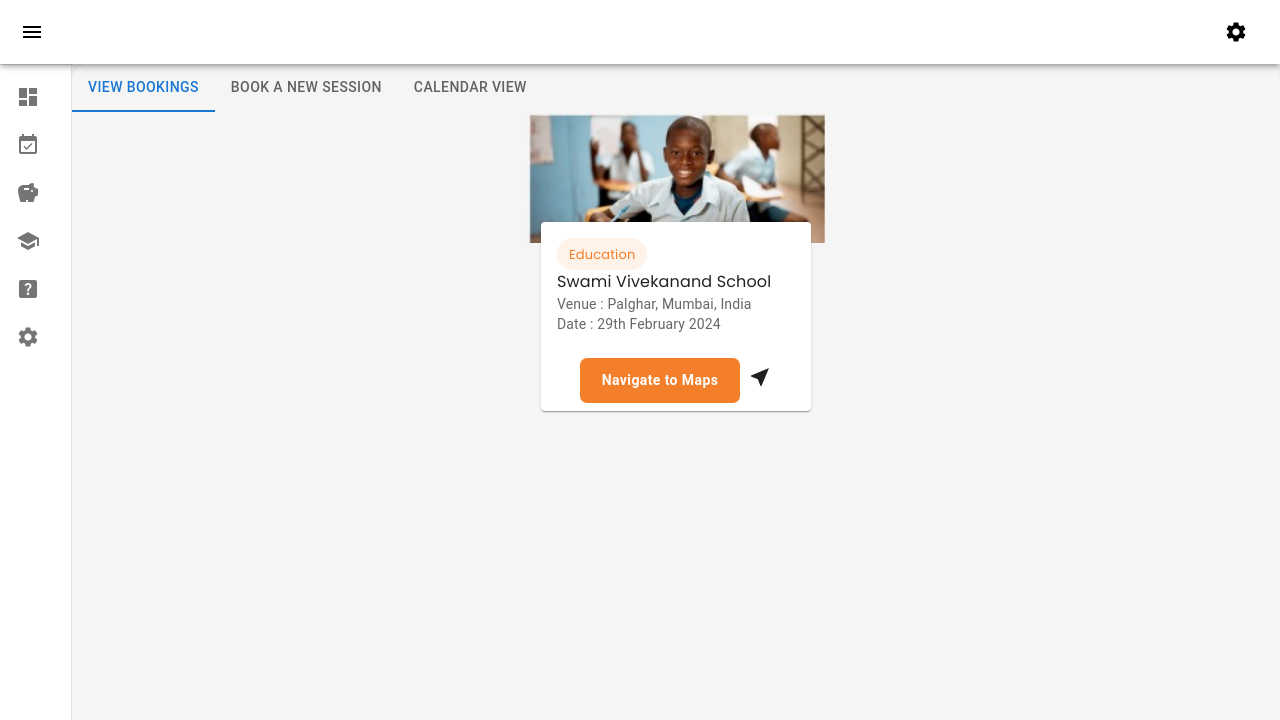
Repository: shubhampirate/Google_Solutions_Edural
Page: /bookings
The author's editor kept a copy of each file at every save. The page is drawn from the files as they stood at one save, then again after the next save.
The browser window is 1280 px wide. The pictures show the whole page.
An inner scrolling area shows only its first screen. The project was rebuilt for these pictures with package versions that can differ from the ones it lists, and the page was loaded fresh each time. Some packages were replaced by stand-ins written for this rebuild. Also part of the build but not shown: src/Components/Navbar.jsx, src/Components/Footer.jsx, src/Components/CongratsCard.jsx, src/pages/Hero/Hero.jsx, src/pages/Dashboard/Dashboard.jsx, src/pages/Sign_in.jsx, src/pages/Bookings/LicenseCard.jsx.

Above is the page before, as saved 2024-02-04 18:26:27.

### src/index.js
import React from "react";
import ReactDOM from "react-dom/client";
import "./index.css";
import { GoogleOAuthProvider } from '@react-oauth/google';
import App from "./App";
import { BrowserRouter } from "react-router-dom";
const root = ReactDOM.createRoot(
    document.getElementById("root"));
root.render(
    <BrowserRouter>
<GoogleOAuthProvider clientId="730379698185-cv7a59sok9sod43v04ee6g6pt4gtaea2.apps.googleusercontent.com">
        {/* <React.StrictMode> */}
            <App />
        {/* </React.StrictMode> */}
    </GoogleOAuthProvider>
    </BrowserRouter>

);

### src/App.jsx
import Hero from "./pages/Hero/Hero";
import Dashboard from "./pages/Dashboard/Dashboard";
import Layout from "./Components/layout";
import SignIn from "./pages/Sign_in";
import Booking from "./pages/Bookings/bookings"
import {useState} from "react";
import { Route, Routes } from "react-router-dom";
function App() {
  return (
    <>
      {/* <Hero />   */}
      {/* <SignIn /> */}
      <Routes>
        <Route path="/signin" element={<><SignIn /></>} />
        <Route path="/dashboard" element={<Layout><Dashboard /></Layout>} />
        {/* <Route path="/education" element={<><Education /></>} /> */}
        <Route path="/bookings" element={<Layout><Booking /></Layout>} />
        {/* <Route path="/profile" element={<><Profile /></>} /> */}
        {/* <Route path="/finance" element={<><Finance /></>} /> */}
        {/* <Route path="/questions" element={<><Questions /></>} /> */}
        {/* <Route path="/retireaibot" element={<><Bot /></>} /> */}
        <Route path="/" element={<><Hero /></>} />
      </Routes>
         </>
  );
}

export default App;

### src/Components/layout.jsx
import React from 'react';
import { styled, createTheme, ThemeProvider } from '@mui/material/styles';
import CssBaseline from '@mui/material/CssBaseline';
import MuiDrawer from '@mui/material/Drawer';
import Box from '@mui/material/Box';
import MuiAppBar from '@mui/material/AppBar';
import Toolbar from '@mui/material/Toolbar';
import IconButton from '@mui/material/IconButton';
import MenuIcon from '@mui/icons-material/Menu';
import ChevronLeftIcon from '@mui/icons-material/ChevronLeft';
import { mainListItems } from './listItems';
import { List } from '@mui/material';
import Divider from '@mui/material/Divider';
import Badge from '@mui/material/Badge';
// import NotificationsIcon from '@mui/icons-material/Notifications';
import Typography from '@mui/material/Typography';
import SettingsIcon from '@mui/icons-material/Settings';
const drawerWidth = 240;

const AppBar = styled(MuiAppBar, {
  shouldForwardProp: (prop) => prop !== 'open',
})(({ theme, open }) => ({
  zIndex: theme.zIndex.drawer + 1,
  transition: theme.transitions.create(['width', 'margin'], {
    easing: theme.transitions.easing.sharp,
    duration: theme.transitions.duration.leavingScreen,
  }),
  ...(open && {
    marginLeft: drawerWidth,
    width: `calc(100% - ${drawerWidth}px)`,
    transition: theme.transitions.create(['width', 'margin'], {
      easing: theme.transitions.easing.sharp,
      duration: theme.transitions.duration.enteringScreen,
    }),
  }),
  backgroundColor: 'white', // Set background color to white
  color: 'black',
}));

const Drawer = styled(MuiDrawer, { shouldForwardProp: (prop) => prop !== 'open' })(
  ({ theme, open }) => ({
    '& .MuiDrawer-paper': {
      position: 'relative',
      whiteSpace: 'nowrap',
      width: drawerWidth,
      transition: theme.transitions.create('width', {
        easing: theme.transitions.easing.sharp,
        duration: theme.transitions.duration.enteringScreen,
      }),
      boxSizing: 'border-box',
      ...(!open && {
        overflowX: 'hidden',
        transition: theme.transitions.create('width', {
          easing: theme.transitions.easing.sharp,
          duration: theme.transitions.duration.leavingScreen,
        }),
        width: theme.spacing(7),
        [theme.breakpoints.up('sm')]: {
          width: theme.spacing(9),
        },
      }),
    },
  }),
);

const defaultTheme = createTheme();

const Layout = ({ children }) => {
  const [open, setOpen] = React.useState(false);

  const toggleDrawer = () => {
    setOpen(!open);
  };

  return (
    <ThemeProvider theme={defaultTheme}>
      <Box sx={{ display: 'flex' }}>
        <CssBaseline />
        <AppBar position="absolute" open={open}
        //  sx={{
        //         backgroundColor:
        //         // "rgba(244, 127, 42, 0.04)",
        //         (theme) =>
        //         theme.palette.mode === 'light'
        //             ? theme.palette.grey[100]
        //             : theme.palette.grey[900]}}
                    >
          <Toolbar
            sx={{
              pr: '24px', // keep right padding when drawer closed
            }}
          >
            <IconButton
              edge="start"
              color="inherit"
              aria-label="open drawer"
              onClick={toggleDrawer}
              sx={{
                marginRight: '36px',
                ...(open && { display: 'none' }),
              }}
            >
              <MenuIcon />
            </IconButton>
            <Typography
              component="h1"
              variant="h6"
              color="inherit"
              noWrap
              sx={{ flexGrow: 1 }}
            >
              {/* Dashboard */}
            </Typography>
            <IconButton color="inherit">
              {/* <Badge badgeContent={4} color="secondary"> */}
                <SettingsIcon />
              {/* </Badge> */}
            </IconButton>

          </Toolbar>
        </AppBar>
        <Drawer variant="permanent" open={open}>
          <Toolbar
            sx={{
              display: 'flex',
              alignItems: 'center',
              justifyContent: 'flex-end',
              px: [1],
            }}
          >
            <IconButton onClick={toggleDrawer}>
              <ChevronLeftIcon />
            </IconButton>
          </Toolbar>
          <Divider />
            <List component="nav">
                {mainListItems}
            </List>
        </Drawer>
        <Box
          component="main"
          sx={{
            backgroundColor: (theme) =>
              theme.palette.mode === 'light'
                ? theme.palette.grey[100]
                : theme.palette.grey[900],
            flexGrow: 1,
            height: '100vh',
            overflow: 'auto',
          }}
        >
          <Toolbar />
          {/* Content of individual pages */}
          {children}
        </Box>
      </Box>
    </ThemeProvider>
  );
};

export default Layout;

### src/pages/Bookings/bookings.jsx
import React, { useState, useEffect } from 'react';
import { styled, createTheme, ThemeProvider } from '@mui/material/styles';
import CssBaseline from '@mui/material/CssBaseline';
import Box from '@mui/material/Box';
import Tabs from '@mui/material/Tabs';
import Tab from '@mui/material/Tab';
import Card from '@mui/material/Card';
import CardContent from '@mui/material/CardContent';
import Typography from '@mui/material/Typography';
import GoogleMapReact from 'google-map-react'; // Install with npm/yarn
import FullCalendar from '@fullcalendar/react'; // Install with npm/yarn
import dayGridPlugin from '@fullcalendar/daygrid'; // Install with npm/yarn
import LicenseCard from './LicenseCard';
import { CardActions, Button } from '@mui/material';
import Chip from '@mui/material/Chip';
import CustomButton from '../../Components/CustomButton';
import heroImg from "../../media/img_1.jpeg";
import NorthEastIcon from '@mui/icons-material/NorthEast';
import NearMeIcon from '@mui/icons-material/NearMe';
const defaultTheme = createTheme();



const calendarEvents = [
  { id: 1, title: 'Event 1', start: '2024-02-10', end: '2024-02-12' },
  { id: 2, title: 'Event 2', start: '2024-02-15', end: '2024-02-18' },
  // Add more calendar event data as needed
];

const AnyReactComponent = ({ text }) => <div>{text}</div>;

export default function Booking() {
  const [tabValue, setTabValue] = useState(0);

  const handleChangeTab = (event, newValue) => {
    setTabValue(newValue);
  };

  return (
    <ThemeProvider theme={defaultTheme}>
      <Box sx={{ display: 'flex', borderRadius: '16px', overflow: 'hidden', boxShadow: '0px 0px 10px rgba(0, 0, 0, 0.1)' }}>
        <CssBaseline />
        <Box
          component="main"
          sx={{
            backgroundColor: (theme) =>
              theme.palette.mode === 'light'
                ? theme.palette.grey[100]
                : theme.palette.grey[900],
            flexGrow: 1,
            height: '100vh',
            overflow: 'hidden',
          }}
        >
          <Tabs value={tabValue} onChange={handleChangeTab}>
            <Tab label="View Bookings" />
            <Tab label="Book a New Session" />
            <Tab label="Calendar View" />
          </Tabs>

          {tabValue === 0 && (

             <Box position="relative" maxWidth="300px" margin="auto" marginBottom="2rem">
             <img
               src={heroImg}
               alt="card-background"
               style={{
                 width: '100%',
                 height: '60%',
                 objectFit: 'cover',
               }}
             />
             <Card
               sx={{
                 position: 'absolute',
                 top: '80%', // Start from around 20% from the top
                 left: '5%', // Adjust as needed
                 right: '5%', // Adjust as needed
                 backgroundColor: (theme) => theme.palette.background.paper,
                 opacity: 1,

                //  minHeight:  , // Adjust as needed
                 overflow: 'auto',
               }}
             >
               <CardContent>
               <Chip
  size="sm"
  variant="soft"
  label="Education"
  sx={{ backgroundColor: 'rgba(244, 127, 42, 0.1)', color: '#F47F2A', marginRight: '8px' }}
/>
           <br />
           <Typography variant="h7" gutterBottom>
           Swami Vivekanand School
            </Typography>

          <Typography variant="body2" color="text.secondary">
          Venue : Palghar, Mumbai, India
          </Typography>
          <Typography variant="body2" color="text.secondary">
          Date : 29th February 2024
          </Typography>
               </CardContent>
        <Box sx={{ display: 'flex-between', alignItems: 'center',justifyContent: 'center',marginTop: '8px', marginBottom : '8px' }}>
            <CustomButton backgroundColor="#F47F2A" color="#fff" buttonText="Navigate to Maps" heroBtn={true} />
            <NearMeIcon sx={{ marginLeft: '8px' }} />
          </Box>

             </Card>
           </Box>
          )}

          {tabValue === 1 && (
            <Box>
              {/* Book a New Session Content */}
              {/* Use Google Maps component to search for schools */}
              <GoogleMapReact
                bootstrapURLKeys={{ key: 'YOUR_GOOGLE_MAPS_API_KEY' }}
                defaultCenter={{ lat: 37.7749, lng: -122.4194 }}
                defaultZoom={10}
              >
                <AnyReactComponent lat={37.7749} lng={-122.4194} text="Your Location" />
              </GoogleMapReact>
            </Box>
          )}

          {tabValue === 2 && (
             <Box>
             {/* Calendar View Content */}
             {/* <FullCalendar
               plugins={[dayGridPlugin]}
               initialView="dayGridMonth"
               events={calendarEvents}
             /> */}
           </Box>          )}
        </Box>
      </Box>
    </ThemeProvider>
  );
}

### src/Components/CustomButton.jsx
import { Button, styled } from "@mui/material";
import React from "react";

const CustomButton = ({
  backgroundColor,
  color,
  buttonText,
  heroBtn,
  guideBtn,
  getStartedBtn,
}) => {
  const CustomButton = styled(Button)(({ theme }) => ({
    backgroundColor: backgroundColor,
    color: color,
    fontWeight: "700",
    fontSize: "14px",
    cursor: "pointer",
    padding: "0.5rem 1.25rem",
    borderRadius: "7px",
    textTransform: "none",
    display: "block",
    border: "2px solid transparent",
    "&:hover": {
      backgroundColor: color,
      color: backgroundColor,
      borderColor: backgroundColor,
    },
    [theme.breakpoints.down("md")]: {
      margin: (heroBtn || getStartedBtn) && theme.spacing(0, "auto", 3, "auto"),
      width: (heroBtn || getStartedBtn) && "90%",
    },
    [theme.breakpoints.down("sm")]: {
      marginTop: guideBtn && theme.spacing(3),
      width: guideBtn && "90%",
    },
  }));

  return <CustomButton>{buttonText}</CustomButton>;
};

export default CustomButton;

### src/Components/listItems.jsx
import * as React from 'react';
import ListItemButton from '@mui/material/ListItemButton';
import ListItemIcon from '@mui/material/ListItemIcon';
import ListItemText from '@mui/material/ListItemText';
import DashboardIcon from '@mui/icons-material/Dashboard';
import MedicalInformationIcon from '@mui/icons-material/MedicalInformation';
import SavingsIcon from '@mui/icons-material/Savings';
import SchoolIcon from '@mui/icons-material/School';
import HelpCenterIcon from '@mui/icons-material/HelpCenter';
import SettingsIcon from '@mui/icons-material/Settings';
import SmartToyIcon from '@mui/icons-material/SmartToy';
import { Link } from 'react-router-dom';
// import GoogleTranslateComponent from './GoogleTranslateComponent';
import EventAvailableIcon from '@mui/icons-material/EventAvailable';

export const mainListItems = (
  <>
    <React.Fragment>
      <Link to="/dashboard" style={{ textDecoration: "none", color: "black" }}>
        <ListItemButton>
          <ListItemIcon>
            <DashboardIcon />
          </ListItemIcon>
          <ListItemText primary="Dashboard" />
        </ListItemButton>
      </Link>
      <Link to="/bookings" style={{ textDecoration: "none", color: "black" }}>
        <ListItemButton>
          <ListItemIcon>
            <EventAvailableIcon />
          </ListItemIcon>
          <ListItemText primary="Bookings" />
        </ListItemButton>
      </Link>
      <Link to="/donation" style={{ textDecoration: "none", color: "black" }}>
        <ListItemButton>
          <ListItemIcon>
            <SavingsIcon />
          </ListItemIcon>
          <ListItemText primary="Donation" />
        </ListItemButton>
      </Link>
      <Link to="/education" style={{ textDecoration: "none", color: "black" }}>
        <ListItemButton>
          <ListItemIcon>
            <SchoolIcon />
          </ListItemIcon>
          <ListItemText primary="Educational Test" />
        </ListItemButton>
      </Link>
      <Link to="/questions" style={{ textDecoration: "none", color: "black" }}>
        <ListItemButton>
          <ListItemIcon>
            <HelpCenterIcon />
          </ListItemIcon>
          <ListItemText primary="FAQ" />
        </ListItemButton>
      </Link>
      <Link to="/profile" style={{ textDecoration: "none", color: "black" }}>
        <ListItemButton>
          <ListItemIcon>
            <SettingsIcon />
          </ListItemIcon>
          <ListItemText primary="Profile" />
        </ListItemButton>
      </Link>
      {/* <Link to="/retireaibot" style={{ textDecoration: "none", color: "black" }}>
        <ListItemButton>
          <ListItemIcon>
            <SmartToyIcon />
          </ListItemIcon>
          <ListItemText primary="Retire AI Bot" />
        </ListItemButton>
      </Link> */}
    </React.Fragment >
  </>
);

Loaded but not shown: public/index.html (common file); src/index.css (common file)

After the next save:
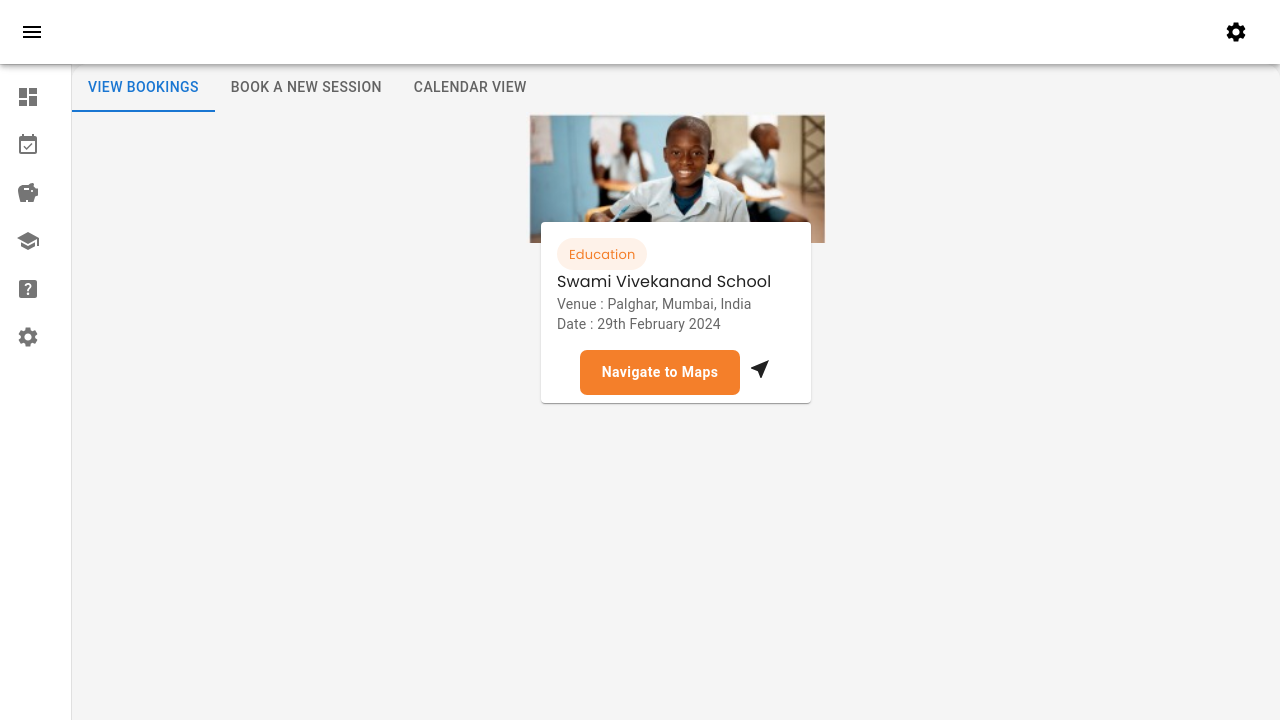
Saved 10 s later.
--- a/src/pages/Bookings/bookings.jsx
+++ b/src/pages/Bookings/bookings.jsx
@@ -102,7 +102,7 @@ export default function Booking() {
           Date : 29th February 2024
           </Typography>
                </CardContent>
-        <Box sx={{ display: 'flex-between', alignItems: 'center',justifyContent: 'center',marginTop: '8px', marginBottom : '8px' }}>
+        <Box sx={{ display: 'flex-between', alignItems: 'center',justifyContent: 'center', marginBottom : '8px' }}>
             <CustomButton backgroundColor="#F47F2A" color="#fff" buttonText="Navigate to Maps" heroBtn={true} />
             <NearMeIcon sx={{ marginLeft: '8px' }} />
           </Box>
